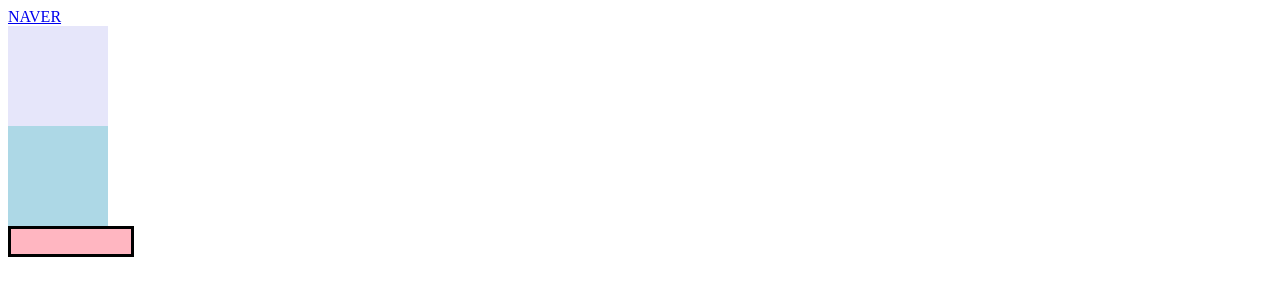
Repository: sangah-park98/jsp-class
Page: k20230508_1_css/src/main/webapp/03_가상클래스선택자1.html
An editor plug-in stored every save of this project. The page is shown before and after the next save, followed by the edit.
The browser window is 1280 px wide. The pictures show the whole page.

Above is the page before, as saved 2023-05-08 03:15:15.

After the next save:
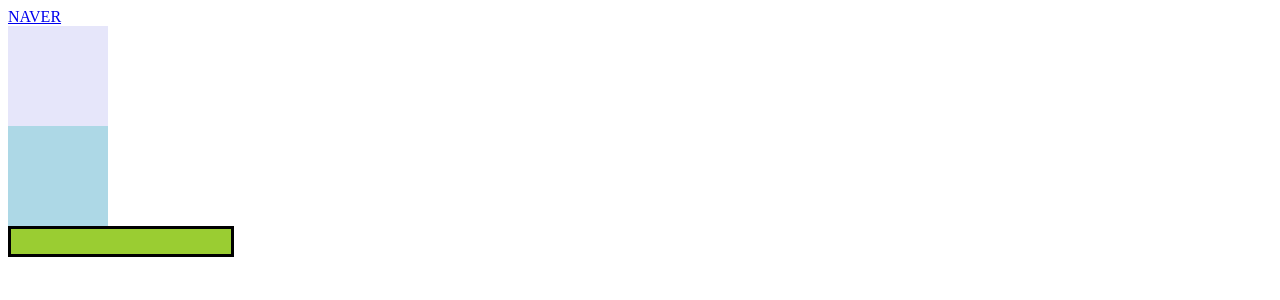
Saved 49 s later.
--- a/k20230508_1_css/src/main/webapp/03_가상클래스선택자1.html
+++ b/k20230508_1_css/src/main/webapp/03_가상클래스선택자1.html
@@ -47,8 +47,12 @@
 		background-color: lightpink;
 		outline: none; /* input 태그의 border 외곽선을 설정한다. */
 		border: 3px solid black;
-		padding: 5px 10px;
+		padding: 5px 10px; /* 위아래 좌우 */
 	}
+	input {
+		width: 200px;
+		background-color: yellowgreen;
+ 	}
 
 </style>
 </head>

After the save that followed:
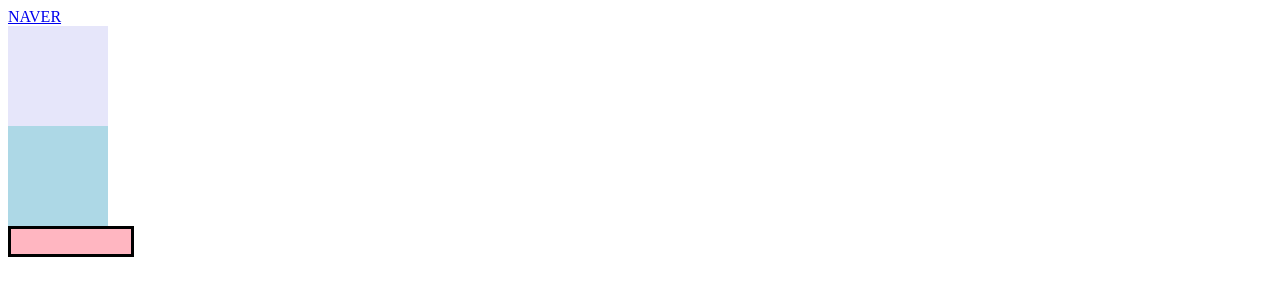
Saved 4 s later.
--- a/k20230508_1_css/src/main/webapp/03_가상클래스선택자1.html
+++ b/k20230508_1_css/src/main/webapp/03_가상클래스선택자1.html
@@ -49,7 +49,7 @@
 		border: 3px solid black;
 		padding: 5px 10px; /* 위아래 좌우 */
 	}
-	input {
+	input:focus {
 		width: 200px;
 		background-color: yellowgreen;
  	}
